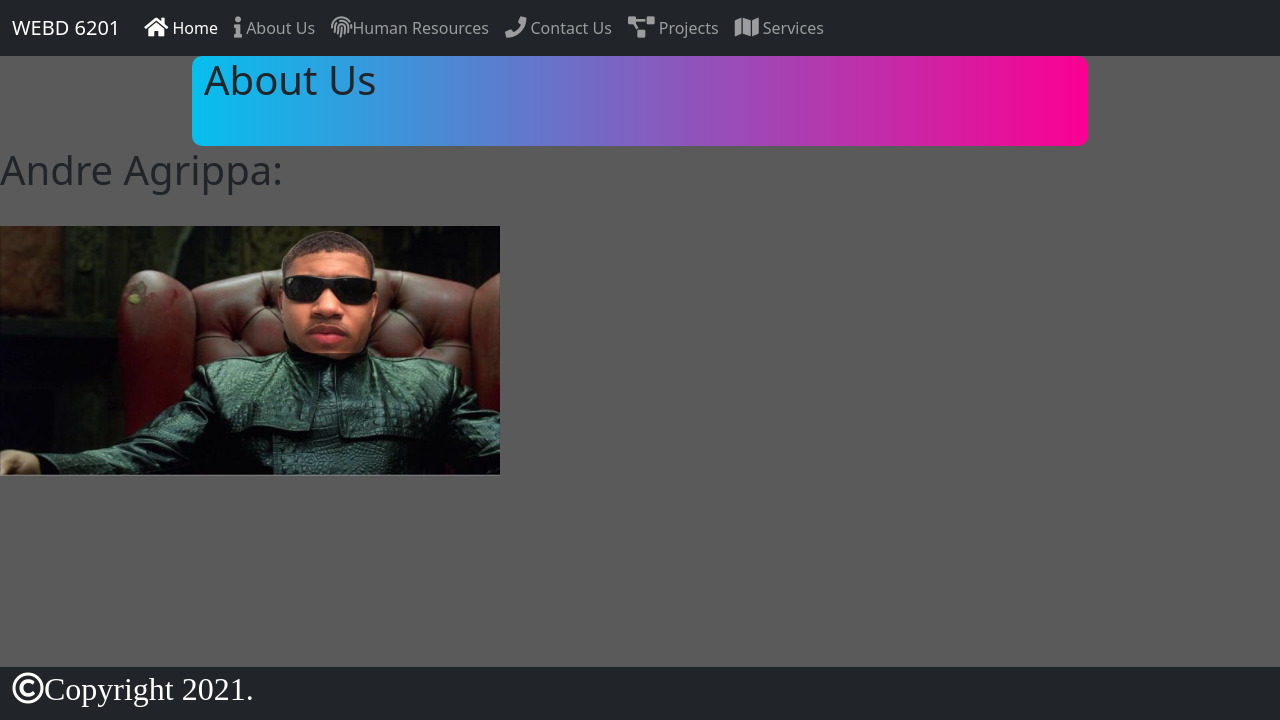
Repository: vans12345678/WEBD6201-W2021-Lab1
Page: about.html
The author's editor kept a copy of each file at every save. The page is drawn from the files as they stood at one save, then again after the next save.
The browser window is 1280 px wide. The pictures show the whole page.

Above is the page before, as saved 2021-01-30 21:20:51.
Console error: TypeError: Cannot set properties of null (setting 'textContent')

### about.html
<!DOCTYPE html>
<html lang="en">
<head>
    <meta charset="UTF-8">
    <meta name="viewport" content="width=device-width, initial-scale=1.0">
    <title>About Us</title>

    <!-- CSS Section -->
    <link rel="stylesheet" href="./node_modules/bootstrap/dist/css/bootstrap.min.css">
    <link rel="stylesheet" href="./node_modules/@fortawesome/fontawesome-free/css/all.min.css">
    <link rel="stylesheet" href="./Content/app.css">
</head>
<body>
  <!-- Main Header -->
    <header>
      <!-- Main Navigation -->
        <nav class="navbar navbar-expand-lg navbar-dark bg-dark">
            <div class="container-fluid">
              <a class="navbar-brand" href="index.html">WEBD 6201</a>
              <button class="navbar-toggler" type="button" data-bs-toggle="collapse" data-bs-target="#navbarSupportedContent" aria-controls="navbarSupportedContent" aria-expanded="false" aria-label="Toggle navigation">
                <span class="navbar-toggler-icon"></span>
              </button>
              <div class="collapse navbar-collapse" id="navbarSupportedContent">
                <ul class="navbar-nav me-auto mb-2 mb-lg-0">
                  <li class="nav-item">
                    <a class="nav-link active" aria-current="page" href="index.html"><i class="fas fa-home fa-lg"></i> Home</a>
                  </li>
                  <li class="nav-item">
                    <a class="nav-link" aria-current="page" href="about.html"><i class="fas fa-info fa-lg"></i> About Us</a>
                  </li>
                  <li class="nav-item">
                    <a class="nav-link" aria-current="page" href="human-resources.html"><i class="fas fa-fingerprint fa-lg"></i>Human Resources</a>
                  </li>
                  <li class="nav-item">
                    <a class="nav-link" aria-current="page" href="contact.html"><i class="fas fa-phone fa-lg"></i> Contact Us</a>
                  </li>
                  <li class="nav-item">
                    <a class="nav-link" aria-current="page" href="projects.html"><i class="fas fa-project-diagram fa-lg"></i> Projects</a>
                  </li>
                  <li class="nav-item">
                    <a class="nav-link" aria-current="page" href="services.html"><i class="fas fa-map fa-lg"></i> Services</a>
                  </li>
                </ul>
              </div>
            </div>
          </nav>
    </header>
  <!-- Main Contents -->
    <main>
        <h1 class = "container">About Us</h1>
        <h1 id="aboutAHeader"></h1>
        </br>
        <img src="../images/morpheus.JPG" alt="" style="width:500px;height:250px;">
    </main>
    <!-- Main Footer -->
    <footer>
      <nav class="navbar fixed-bottom navbar-dark bg-dark">
          <div class="container-fluid">
              <h4><i class="far fa-copyright fa-lg site-footer">Copyright 2021.</i></h4>
          </div>
        </nav>
  </footer>
    <!-- Script Section -->
    <script src="./node_modules/jquery/dist/jquery.min.js"></script>
    <script src="./node_modules/bootstrap/dist/js/bootstrap.bundle.min.js"></script>
    <script src="./Scripts/app.js"></script>
</body>
</html>

### Content/app.css
/* custom css goes here */
.Vapor {
    background-image: url('../images/vapor.jpg');
    background-repeat: no-repeat;
    background-attachment: fixed;
    background-size: 100% 100%;
  }
  body
  {
    background-color: rgb(90, 90, 90);
  }
  h1.container{
    border-radius: 10px;
    width: 70%;
    height: 90px;
    margin: 0px auto;
    background: linear-gradient(90deg,#06bfee,#fb0093)
  }
  h1.projects{
    background-color: white;
  }
  .contact-table{
    width: 100%;
    margin:  50px auto;
    background-color: white;
  }
  .contact-form
  {
    width: 100%;
    margin:  100px auto;
  }
  .warnMessage
  {
    width: 90%;
    margin:  50px;
  }
  .site-footer {
    color:white;
  }

### Scripts/app.js
/************************************************************
 * Name: Andre Agrippa, Michai Pryce
 * Date: 01/20/2021
 * Description: This file adds functionality to the Home,
 * About Us, Human Resources, Contact Us, Projects and Services
 * pages.
 */

"use strict";


(function(){

    function displayHome()
    {

        let introText = "This is a simple site to demonstrate the specified requirements for Lab 1 WEBD 6201 - Client Side Scripting";
        let introTextElement = document.getElementById("introParagraph");

        introTextElement.textContent = introText;
        introTextElement.className = "fs-5 fw-bold text-center";

        mainContent.innerHTML =
        `<h1 id = "firstHeading">Welcome to WEBD6201 - Lab 1</h1>
        <p id = "paragraphOne" class = "fs-3 fw-bold">This is my first paragraph</p>
        `;

    }
    function displayAbout()
    {
        let andreHeader = "Andre Agrippa:";
        let andreText = "I'm a 2nd year student at Durham College in the Computer Programming and Analysis program.";
        let andreTextElement = document.getElementById("aboutAHeader");
        let andreDescriptionElement = document.getElementById("aboutAText");

        andreTextElement.textContent = andreHeader;
        andreDescriptionElement.textContent = andreText;




    }
    function displayProjects()
    {
        //Define text and id's
        let p1Text = "Project One: COBOL Item List";
        let p2Text = "Project Two: C#, XAML, MDF  Preferred Shares and Common Shares";
        let p3Text = "Project Three: ASP.NET and MVC Framework Animal Shelter";
        let p1Description = "This project reads records from a .dat file, performs calculations on the data" +
        " then outputs it to a .out file neatly formatted.";
        let p2Description = "This project uses XAML for the windows form and a database to keep track of common and preferred shares." +
        " The database keeps track of how many shares(common/preferred) are  available and validation is applied.";
        let p3Description = "This project is a web application that keeps track of animals, owners, appointment and login info in a database." +
        " Relational database concepts are applied.";

        //Projects 1
        let projectsTextElement = document.getElementById("p1");
        let p1DescriptionElement = document.getElementById("p1Description");
        projectsTextElement.textContent = p1Text;
        p1DescriptionElement.textContent = p1Description;

        //Projects 2
        projectsTextElement = document.getElementById("p2");
        p1DescriptionElement = document.getElementById("p2Description");
        projectsTextElement.textContent = p2Text;
        p1DescriptionElement.textContent = p2Description;
        //Projects 3
        projectsTextElement = document.getElementById("p3");
        p1DescriptionElement = document.getElementById("p3Description");
        projectsTextElement.textContent = p3Text;
        p1DescriptionElement.textContent = p3Description;




        //Assign styles



    }
    function displayServices()
    {

    }
    function displayContact()
    {

        let messageArea = document.getElementById("messageArea");
        messageArea.hidden = true;

        //form validation
        let fullName = document.getElementById("fullName");
        fullName.addEventListener("blur", function()
        {
            if(fullName.value.length < 2)
            {
                fullName.focus();
                fullName.select();
                messageArea.hidden = false;
                messageArea.className = "alert alert-danger warnMessage";
                messageArea.textContent = "Please enter an appropriate name > 2 characters";
            }
            else
            {
                messageArea.removeAttribute("class");
                messageArea.hidden = true;
            }
        });
            let sendButton = document.getElementById("sendButton");
            sendButton.addEventListener("click", function(event)
            {
                //event.preventDefault();
                // //Displays twice?

                let contact = new Contact(fullName.value,contactNumber.value, emailAddress.value, shortMessage.value);

                console.log(contact.serialize());
                if(contact.serialize())
                {
                    localStorage.setItem((localStorage.length + 1).toString(),contact.serialize());
                }
            });
    }
    function displayContactList()
    {
        if(localStorage.length > 0)
        {
            let contactList = document.getElementById("contactList");
            let data = "";

            for (let index = 0; index < localStorage.length; index++)
            {
                let contactData = localStorage.getItem((index + 1).toString());
                let contact = new Contact();

                contact.deserialize(contactData);

                data += `<tr>
                <th scope="row">${index + 1}</th>
                <td>${contact.FullName}</td>
                <td>${contact.ContactNumber}</td>
                <td>${contact.EmailAddress}</td>
                <td>${contact.ShortMessage}</td>
              </tr>`;
            }
            contactList.innerHTML = data;
        }

    }

    function Start()
    {
        console.log("App Started...");

        //Based of title of html
        switch(document.title)
        {
            case "Index":
                displayHome();
                break;
            case "About Us":
                displayAbout();
                break;
            case "Projects":
                displayProjects();
                break;
            case "Services":
                displayServices();
                break;
            case "Contact Us":
                displayContact();
                break;
            case "Contact-List":
                displayContactList();
                break;
        }


    }

    window.addEventListener("load", Start);

})();

Loaded but not shown: node_modules/bootstrap/dist/css/bootstrap.min.css (library); node_modules/@fortawesome/fontawesome-free/css/all.min.css (library); node_modules/jquery/dist/jquery.min.js (library); node_modules/bootstrap/dist/js/bootstrap.bundle.min.js (library)

After the next save:
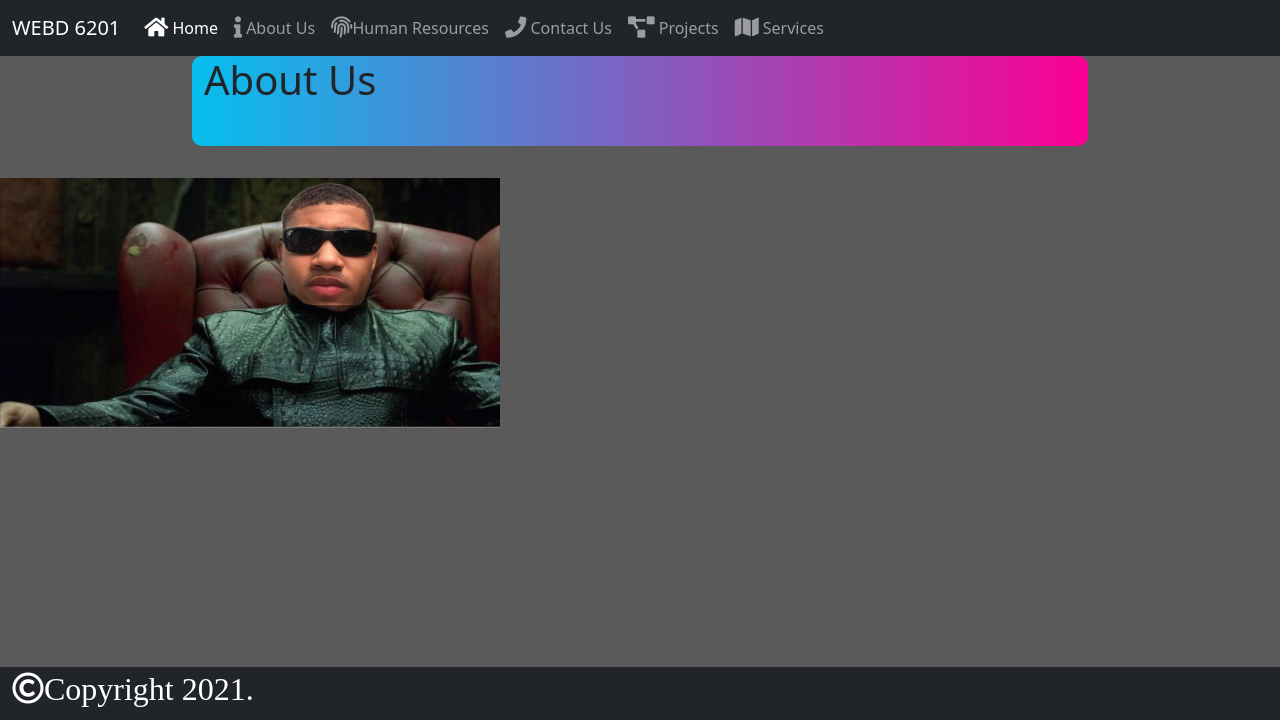
Console error: ReferenceError: p1Text is not defined
Saved 55 s later.
--- a/Scripts/app.js
+++ b/Scripts/app.js
@@ -30,11 +30,12 @@
     {
         let andreHeader = "Andre Agrippa:";
         let andreText = "I'm a 2nd year student at Durham College in the Computer Programming and Analysis program.";
-        let andreTextElement = document.getElementById("aboutAHeader");
-        let andreDescriptionElement = document.getElementById("aboutAText");
 
-        andreTextElement.textContent = andreHeader;
-        andreDescriptionElement.textContent = andreText;
+        //Projects 1
+        let projectsTextElement = document.getElementById("p1");
+        let p1DescriptionElement = document.getElementById("aboutAText");
+        projectsTextElement.textContent = p1Text;
+        p1DescriptionElement.textContent = p1Description;
 
 
 

After the 4 saves that followed:
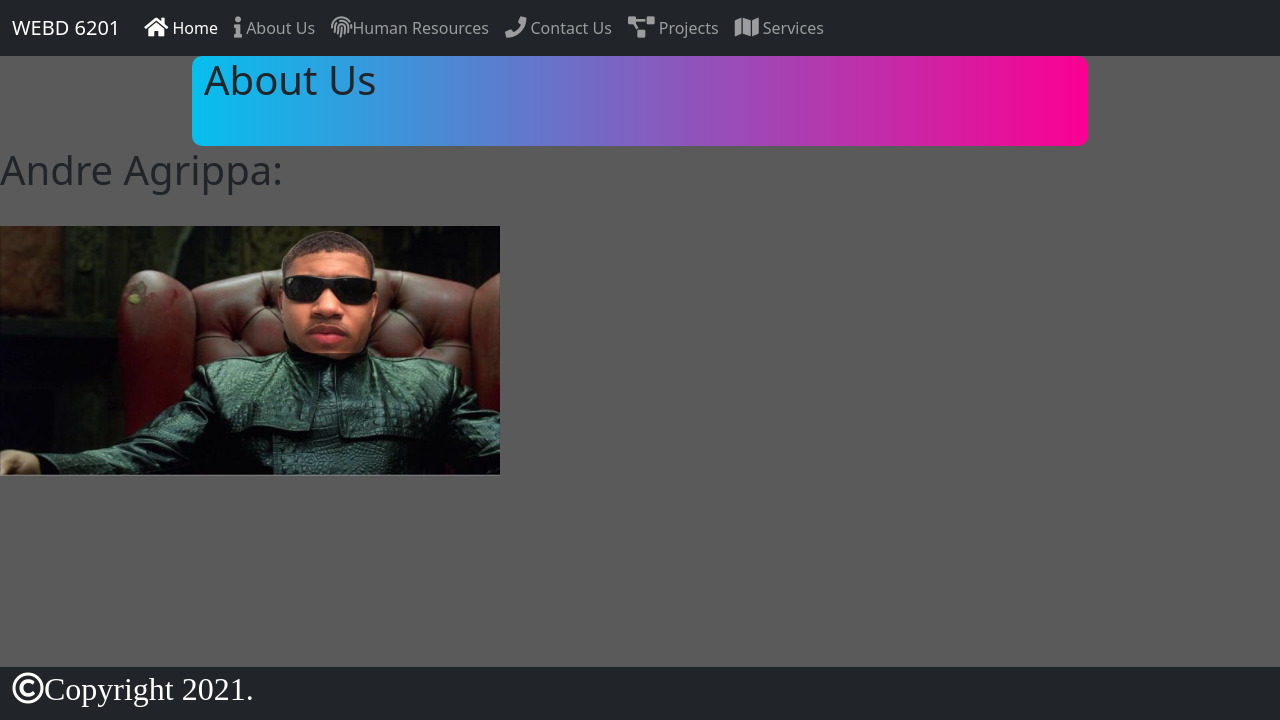
Console error: TypeError: Cannot set properties of null (setting 'textContent')
The 4 saves are shown as one change because 2 left the picture as it was and some came seconds apart.
The last was saved 70 s later.
--- a/Scripts/app.js
+++ b/Scripts/app.js
@@ -32,10 +32,10 @@
         let andreText = "I'm a 2nd year student at Durham College in the Computer Programming and Analysis program.";
 
         //Projects 1
-        let projectsTextElement = document.getElementById("p1");
-        let p1DescriptionElement = document.getElementById("aboutAText");
-        projectsTextElement.textContent = p1Text;
-        p1DescriptionElement.textContent = p1Description;
+        let headerElement = document.getElementById("aboutAHeader");
+        let descriptionElement = document.getElementById("aboutAText");
+        headerElement.textContent = andreHeader;
+        descriptionElement.textContent = andreText;
 
 
 
